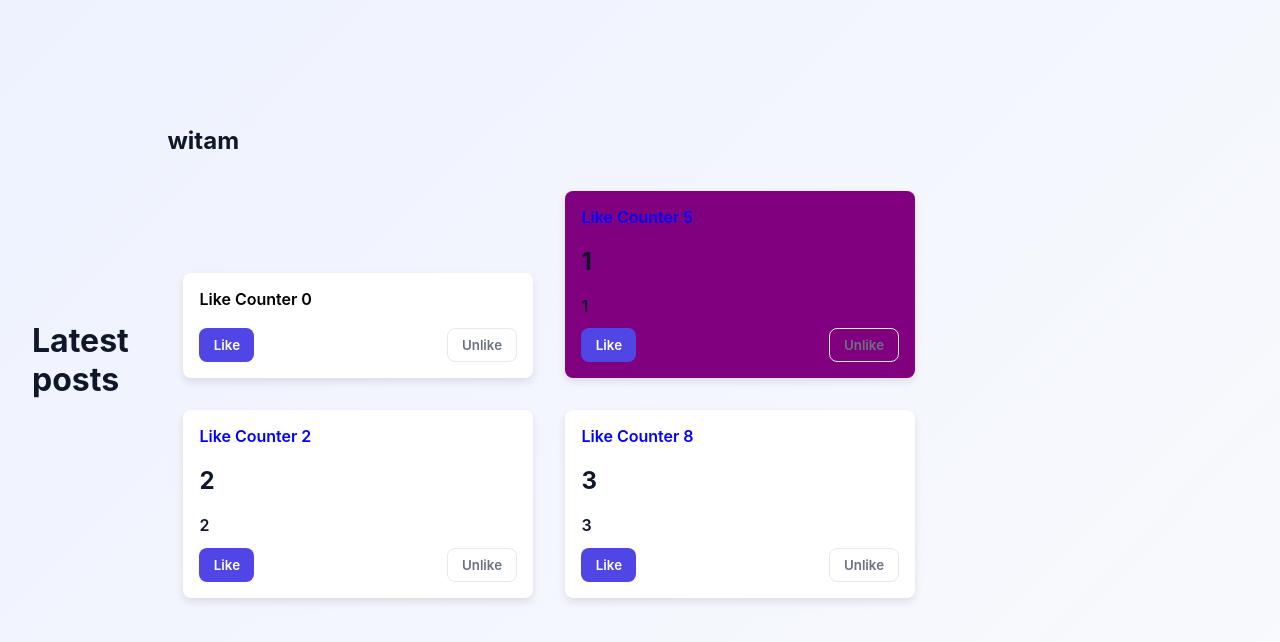
Repository: KrystianTrzy/reactapt
Page: /posts
These files come from the project's save history. The page is drawn as it stood at one moment and after the next save; the edit follows.
The browser window is 1280 px wide. The pictures show the whole page.
The project was rebuilt for these pictures with package versions that can differ from the ones it lists, and the page was loaded fresh each time. Also part of the build but not shown: src/pages/login.js, src/pages/postdetail/postdetail.js, src/components/nav/nav.css.

Above is the page before, as saved 2025-11-22 12:02:58.

### src/index.js
import React from "react";
import ReactDOM from "react-dom/client";
import "./index.css";
import App from "./App";
import LikeCounter from "./components/App/LikeCounter/LikeCounter";

const root = ReactDOM.createRoot(document.getElementById("root"));
root.render(
  <React.StrictMode>
    <App />
  </React.StrictMode>
);

// If you want to start measuring performance in your app, pass a function
// to log results (for example: reportWebVitals(console.log))
// or send to an analytics endpoint. Learn more: https://bit.ly/CRA-vitals

### src/index.css
:root {
  --bg: #f6f8ff;
  --card: #ffffff;
  --accent: #4f46e5;
  --muted: #6b7280;
  --radius: 12px;
}

* {
  box-sizing: border-box;
}

html,
body,
#root {
  height: 100%;
}

body {
  margin: 0;
  font-family: Inter, system-ui, -apple-system, "Segoe UI", Roboto,
    "Helvetica Neue", Arial;
  background: linear-gradient(135deg, #eef2ff 0%, #f8fafc 100%);
  color: #0f172a;
  -webkit-font-smoothing: antialiased;
  -moz-osx-font-smoothing: grayscale;
}

#root {
  display: flex;
  align-items: center;
  justify-content: center;
  padding: 2rem;
}

.App {
  width: 100%;
  max-width: 920px;
  background: rgba(255, 255, 255, 0.9);
  border-radius: var(--radius);
  box-shadow: 0 8px 30px rgba(2, 6, 23, 0.08);
  padding: 2rem;
}

ul {
  padding-left: 1.1rem;
}

button {
  font-family: inherit;
}

.login-form {
  display: flex;
  flex-direction: column;
  gap: 1rem;
  color: blue;
}

### src/App.js
import { BrowserRouter, Routes, Route } from "react-router-dom";
import Posts from "./pages/Posts";
import Login from "./pages/login";
import PostDetail from "./pages/postdetail/postdetail";
import nav from "./components/nav/nav";

function App() {
  const name = "Krystian";
  const names = ["Adrian", "Maciek", "Pawel", "Bartek"];
  return (
    <>
    <nav></nav>
    <BrowserRouter>
      <Routes>
        <Route path="/" element={<Posts />} />
        <Route path="/posts" element={<Posts />} />
        <Route path="/login" element={<Login />} />
        <Route path="/postdetail/:id" element={<PostDetail />} />
      </Routes>
    </BrowserRouter>
    </>
  );
}

export default App;

### src/components/App/LikeCounter/LikeCounter.js
import React, { useState, useEffect, use } from 'react'
import './LikeCounter.css'

function LikeCounter({ color, title, description, count = 0 }) {
    const [likes, setLikes] = useState(Number(count));
    const handleLike = () => {
        setLikes(likes + 1);
    };

    useEffect(() => {
        console.log(`Likes updated: ${likes}`);
        document.title = `Likes: ${likes}`;
        if (likes > 20) {
            document.title = `dużo: ${likes}`;
        }


}, [likes]);

    const handleUnlike = () => {
        if (likes > 0) {
            setLikes(likes - 1);
        }
    };

    return (
        <div className="post" style={{backgroundColor: color }}>
            <p style={{ color: likes > 0 ? 'blue' : 'black' }}>Like Counter {likes}</p>
            <h2>{title}</h2>
            <p>{description}</p>
            <div className="actions">
                <button onClick={handleLike}>Like</button>
                <button onClick={handleUnlike}>Unlike</button>
            </div>
        </div>
    )
}

export default LikeCounter;

### src/pages/Posts.js
import LikeCounter from "../components/App/LikeCounter/LikeCounter";

function Posts() {
  return (
    <>
      <h1>Latest posts</h1>
      <article>
        <div className="posts">
          <h1>witam</h1>
          <LikeCounter />
          <LikeCounter color="purple" title="1" description="1" count="5" />

          <LikeCounter title="2" description="2" count="2" />

          <LikeCounter title="3" description="3" count="8" />
        </div>
      </article>
    </>
  );
}
export default Posts;

### src/components/App/LikeCounter/LikeCounter.css
.post {
  box-shadow: 0 4px 8px rgba(0, 0, 0, 0.1);
  padding: 1rem;
  width: 350px;
  border-radius: 0.5rem;
  background: var(--card);
  margin: 1rem;
  color: #0f172a;
  display: inline-block;
}

.actions {
  display: flex;
  flex-direction: row;
  justify-content: space-between;
}

.post p {
  margin: 0 0 0.8rem 0;
  font-weight: 600;
}

.actions button {
  padding: 0.5rem 0.9rem;
  border-radius: 8px;
  border: none;
  cursor: pointer;
  font-weight: 600;
}

.actions button:first-child {
  background: var(--accent);
  color: white;
}

.actions button:last-child {
  background: transparent;
  color: var(--muted);
  border: 1px solid #e6e9ef;
}

.actions button:hover {
  transform: translateY(-1px);
}

### src/components/nav/nav.js
import "./nav.css";
import { Link } from "react-router";

function nav() {
  return (
    <nav>
      <span>logo</span>

      <div className="links">
        <link to="/posts"></link>
        <link to="/login"></link>
        <a href="https://google.com"></a>
      </div>
    </nav>
  );
}

export default nav;

Loaded but not shown: public/index.html (common file)

After the next save:
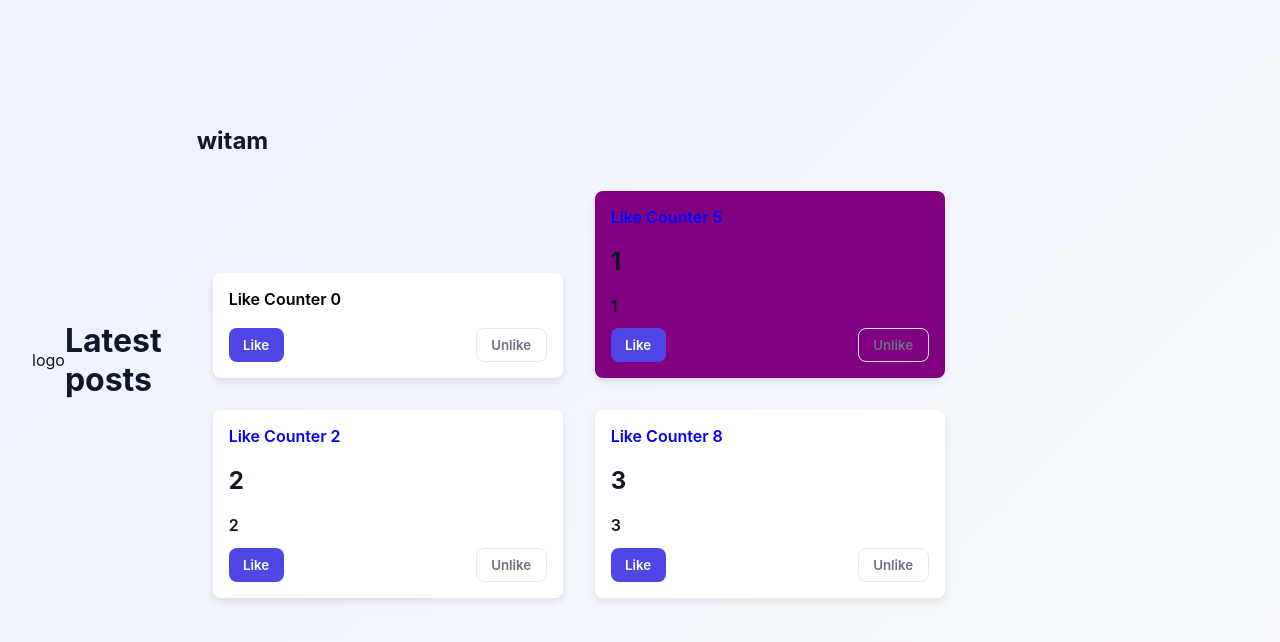
Saved 22 s later.
--- a/src/App.js
+++ b/src/App.js
@@ -2,22 +2,22 @@ import { BrowserRouter, Routes, Route } from "react-router-dom";
 import Posts from "./pages/Posts";
 import Login from "./pages/login";
 import PostDetail from "./pages/postdetail/postdetail";
-import nav from "./components/nav/nav";
+import Nav from "./components/nav/nav";
 
 function App() {
   const name = "Krystian";
   const names = ["Adrian", "Maciek", "Pawel", "Bartek"];
   return (
     <>
-    <nav></nav>
-    <BrowserRouter>
-      <Routes>
-        <Route path="/" element={<Posts />} />
-        <Route path="/posts" element={<Posts />} />
-        <Route path="/login" element={<Login />} />
-        <Route path="/postdetail/:id" element={<PostDetail />} />
-      </Routes>
-    </BrowserRouter>
+      <Nav />
+      <BrowserRouter>
+        <Routes>
+          <Route path="/" element={<Posts />} />
+          <Route path="/posts" element={<Posts />} />
+          <Route path="/login" element={<Login />} />
+          <Route path="/postdetail/:id" element={<PostDetail />} />
+        </Routes>
+      </BrowserRouter>
     </>
   );
 }
